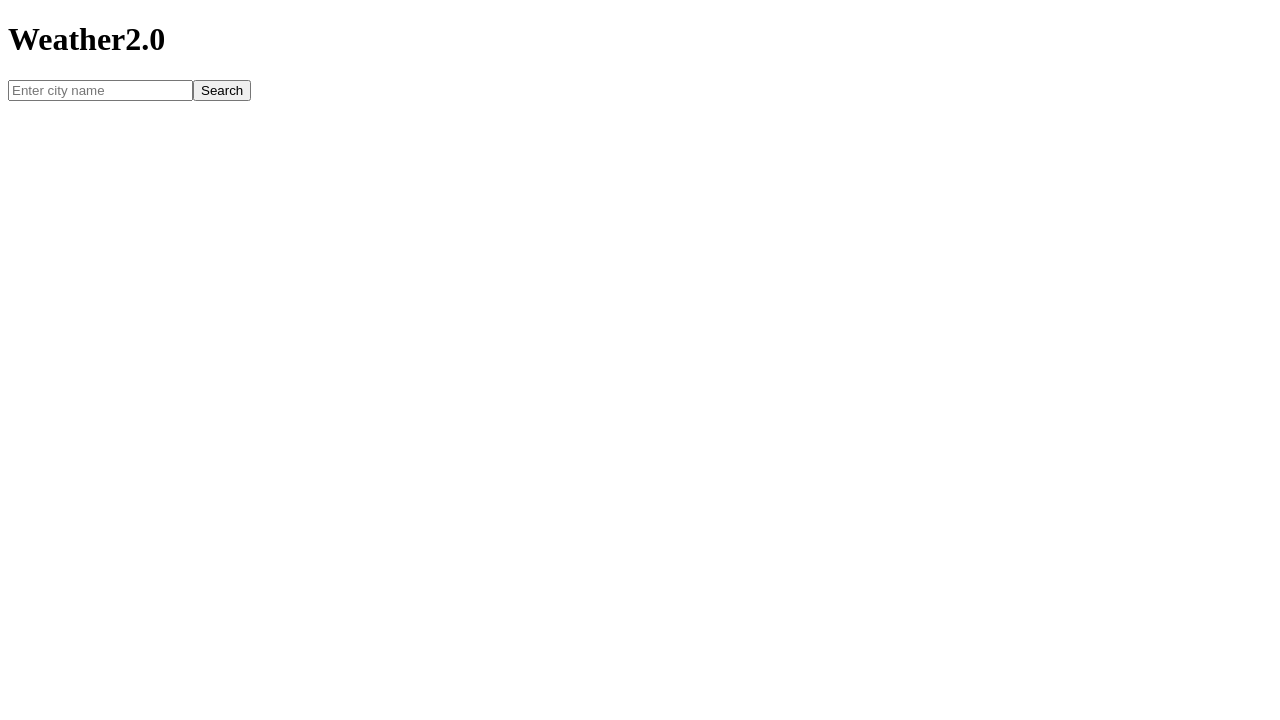
Repository: schwendyjr/COMP3170-Project
Page: /
These files come from the project's save history. The page is drawn as it stood at one moment and after the next save; the edit follows.
The browser window is 1280 px wide. The pictures show the whole page.
The page's requests for data from a server got no answer. The project was rebuilt for these pictures with package versions that can differ from the ones it lists, and the page was loaded fresh each time. The framework's server and built-in components were replaced by stand-ins that run in the browser. No one was signed in, and anything a server would have sent is missing. Also part of the build but not shown: utils/formatDate.js, components/WeatherCardItem.js, components/Forecast.js.

Above is the page before, as saved 2024-12-03 20:14:38.

### pages/_app.js
import '../styles/Home.module.css';


function MyApp({ Component, pageProps }) {
  return <Component {...pageProps} />;
}

export default MyApp;

### pages/index.js
import WeatherApp from '../components/WeatherApp';

const Home = () => {
    return (
        <div>
            <h1>Weather2.0</h1>
            <WeatherApp />
        </div>
    );
};

export default Home;

### components/WeatherApp.js
import { useState, useEffect } from 'react';
import axios from 'axios';
import WeatherSearch from './WeatherSearch';
import Forecast from './Forecast';

const WeatherApp = () => {
    const [city, setCity] = useState('Vancouver');
    const [forecastData, setForecastData] = useState(null);
    const [error, setError] = useState('');

    const fetchWeatherData = async (cityName) => {
        try {
            const response = await axios.get(`https://api.weatherapi.com/v1/forecast.json?key=${process.env.NEXT_PUBLIC_WEATHER_API_KEY}&q=${cityName}&days=5`);
            setForecastData(response.data);
            setError('');
        } catch (error) {
            setError('City not found');
        }
    };

    const fetchWeatherDataByCoords = async (latitude, longitude) => {
        try {
            const response = await axios.get(`https://api.weatherapi.com/v1/forecast.json?key=${process.env.NEXT_PUBLIC_WEATHER_API_KEY}&q=${latitude},${longitude}&days=5`);
            setForecastData(response.data);
            setCity(response.data.location.name);
            setError('');
        } catch (error) {
            setError('Location not found');
        }
    };

    useEffect(() => {
        if (navigator.geolocation) {
            navigator.geolocation.getCurrentPosition((position) => {
                fetchWeatherDataByCoords(position.coords.latitude, position.coords.longitude);
            }, () => {
                // Fallback to default city (Vancouver) if geolocation fails
                fetchWeatherData('Vancouver');
            });
        } else {
            // Fallback to default city (Vancouver) if geolocation is not supported
            fetchWeatherData('Vancouver');
        }
    }, []);

    return (
        <div>
            <WeatherSearch city={city} setCity={setCity} fetchWeatherData={fetchWeatherData} />
            {error && <p>{error}</p>}
            {forecastData && <Forecast forecastData={forecastData} />}
        </div>
    );
};

export default WeatherApp;

### components/WeatherSearch.js
// WeatherSearch.js
import { useState, useEffect } from 'react';
import axios from 'axios';
import WeatherCardItem from './WeatherCardItem';


const WeatherSearch = () => {
  const [city, setCity] = useState('');
  const [weatherData, setWeatherData] = useState(null);
  const [error, setError] = useState('');
  const [isSearching, setIsSearching] = useState(false);

  // Function to fetch weather data
  const fetchWeatherData = async (cityName) => {
    try {
      const response = await axios.get(`https://api.weatherapi.com/v1/current.json?key=${process.env.NEXT_PUBLIC_WEATHER_API_KEY}&q=${city}`);
      if (response.data && response.data.location && response.data.current) {
        setWeatherData(response.data);
        setError(''); // Clear any previous error
      } else if (isSearching) {
        setError('City not found or data is incomplete');
      }
    } catch (err) {
      if (isSearching) {
        setError('City not found');
      }
    }
  };

//   // Use useEffect to fetch Vancouver's weather data on component mount
//   useEffect(() => {
//     fetchWeatherData('Vancouver');
//   }, []);

  const handleInputChange = (e) => {
    setCity(e.target.value);
  };

  const handleSubmit = (e) => {
    e.preventDefault();
    setIsSearching(true);
    setError('');
    fetchWeatherData(city);
  };

  return (
    <div>
      <form onSubmit={handleSubmit}>
        <input
          type="text"
          value={city}
          onChange={handleInputChange}
          placeholder="Enter city name"
        />
        <button type="submit">Search</button>
      </form>
      {error && <p>{error}</p>}
      {weatherData && weatherData.location && weatherData.current && (
        <WeatherCardItem
          city={weatherData.location.name}
          temperature={weatherData.current.temp_c}
          condition={weatherData.current.condition.text}
          icon={weatherData.current.condition.icon}
        />
      )}
    </div>
  );
};

export default WeatherSearch;

### styles/Home.module.css
/* styles/Home.module.css */
.container {
  display: flex;
  flex-direction: column;
  min-height: 100vh;
  align-items: center;
  justify-content: center;
/* animation component */
background: linear-gradient(45deg,
#151a1f, #4a69bd, /* Early morning */
#ff9a76, #ff6f61, /* Sunrise */
#87ceeb, #fdfd96, /* Noon */
#ffa500, #ffd700, /* Afternoon */
#ff4500, #800080, /* Sunset */
#000428, #1b2735 /* Evening/Night */
);
background-size: 600% 600%;
animation: GradientBackground 120s ease infinite;
animation: GradientBackground 500s ease infinite, GradientAngle 560s linear infinite;
overflow: hidden;
position: relative;
}

.container:after {
content: '';
position: absolute;
top: 0;
left: 0;
width: 100%;
height: 100%;
background: radial-gradient(#ffffff88 .5px, transparent .5px);
background-size: 3px 3px;
opacity: 0.6;
animation: Twinkle 2s infinite ease-in-out alternate;
pointer-events: none;
}

/* keyframe for animation */
@keyframes GradientBackground {
0% { background-position: 0% 50%; }
50% { background-position: 100% 50%; }
100% { background-position: 0% 50%; }
}

@keyframes Twinkle {
0% { opacity: 0.4; }
50% { opacity: 0.6; }
100% { opacity: 0.8; }
}

  .heading {
    margin-bottom: 2rem;
  }

  .button {
    margin: 1rem;
    padding: 0.5rem 1rem;
    background-color: #0070f3;
    color: white;
    border: none;
    border-radius: 5px;
    cursor: pointer;
  }

  .button:hover {
    background-color: #005bb5;
  }

  .list {
    list-style: none;
    padding: 0;
  }

  .item {
    background: #f8d7da;
    margin: 1rem 0;
    padding: 1rem;
    border-radius: 5px;
  }

  @media (max-width: 768px) {
    .container {
      padding: 1rem;
    }
  }

Loaded but not shown: pages/_document.js (common file)

After the next save:
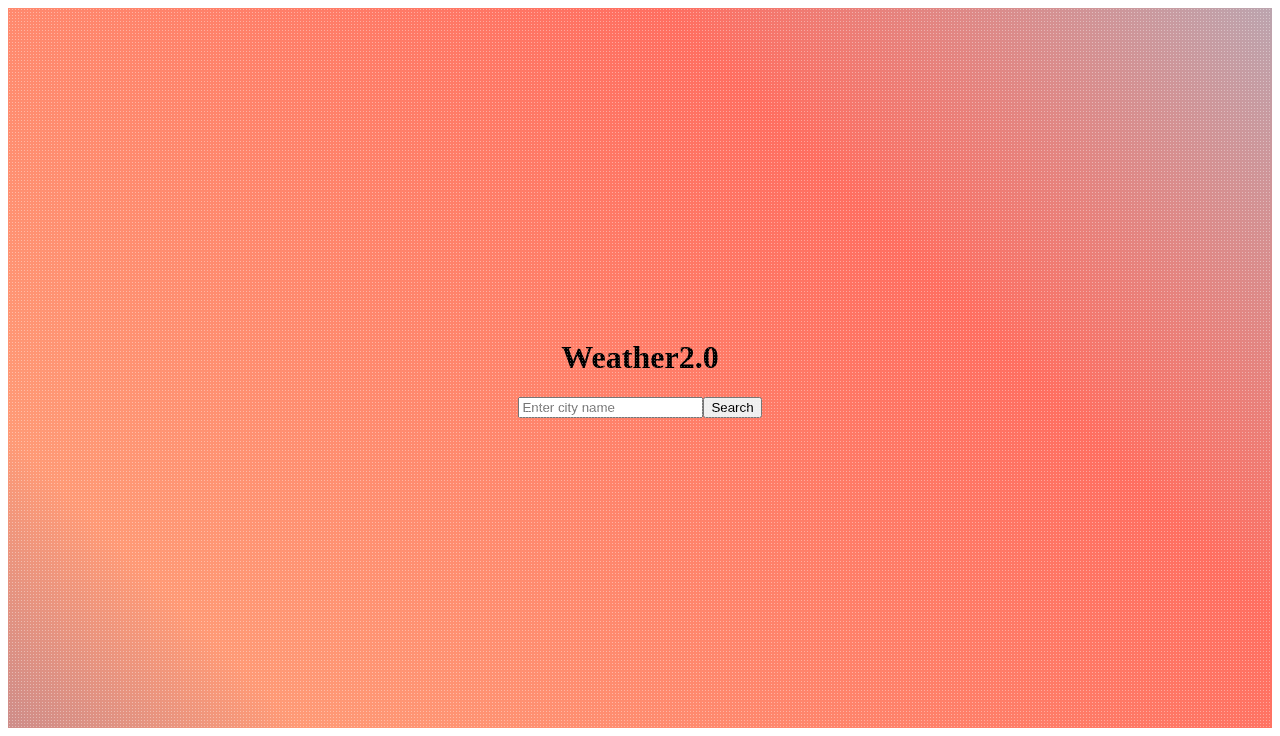
Saved 2 min 55 s later.
--- a/pages/index.js
+++ b/pages/index.js
@@ -1,8 +1,9 @@
 import WeatherApp from '../components/WeatherApp';
+import styles from '../styles/Home.module.css';
 
 const Home = () => {
     return (
-        <div>
+        <div className={styles.container}>
             <h1>Weather2.0</h1>
             <WeatherApp />
         </div>

After the save that followed:
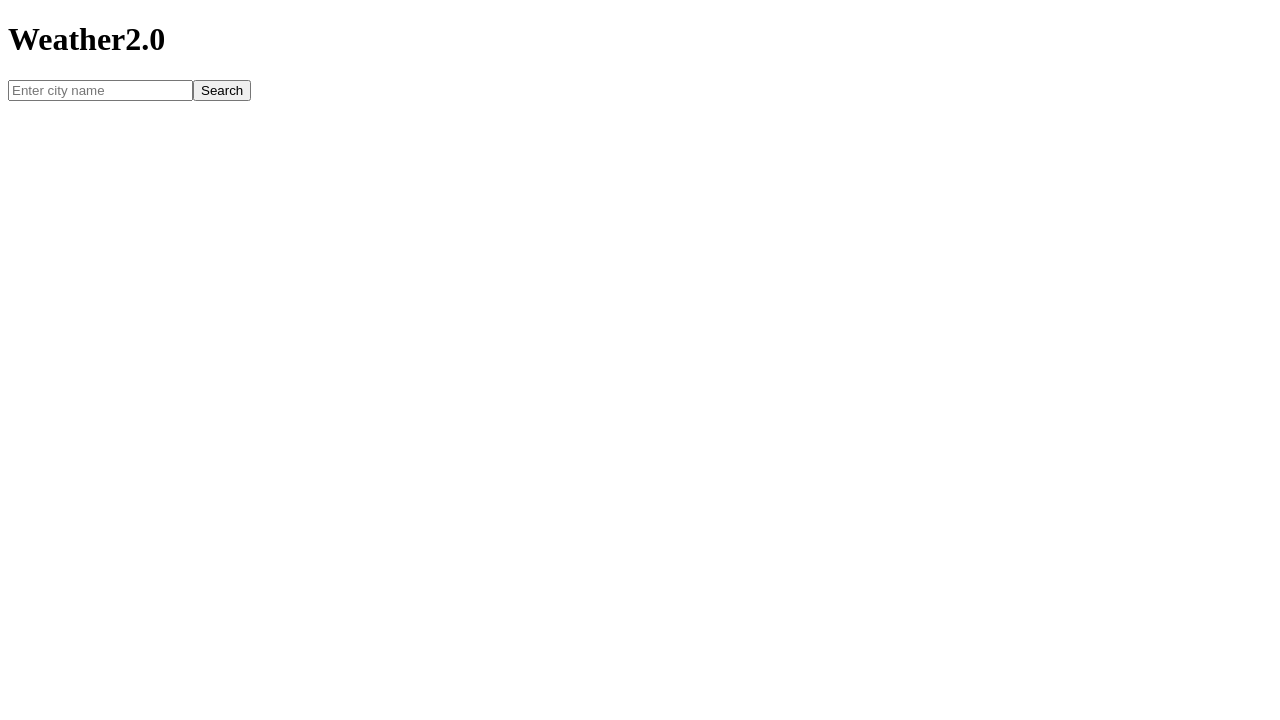
Saved 15 s later.
--- a/pages/index.js
+++ b/pages/index.js
@@ -3,7 +3,7 @@
 
 const Home = () => {
     return (
-        <div className={styles.container}>
+        <div className={styles}>
             <h1>Weather2.0</h1>
             <WeatherApp />
         </div>
